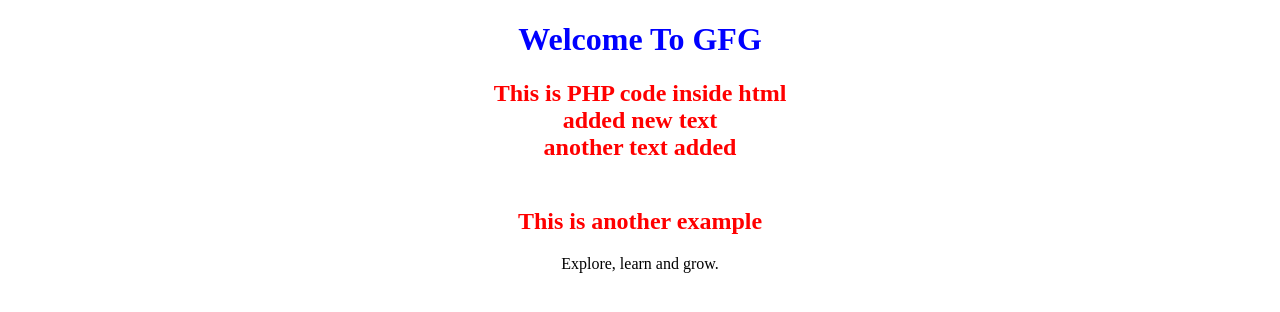
Repository: slevin2002/phpprojectgh
Page: http://localhost/example1.php
These files come from the project's save history. The page is drawn as it stood at one moment and after a run of saves; the edit follows.
The browser window is 1280 px wide. The pictures show the whole page.
The page is run by PHP 8.4 with error messages shown; the project is at /var/www/html/.

Above is the page before, as saved 2022-12-14 11:14:21.

After the next 2 saves:
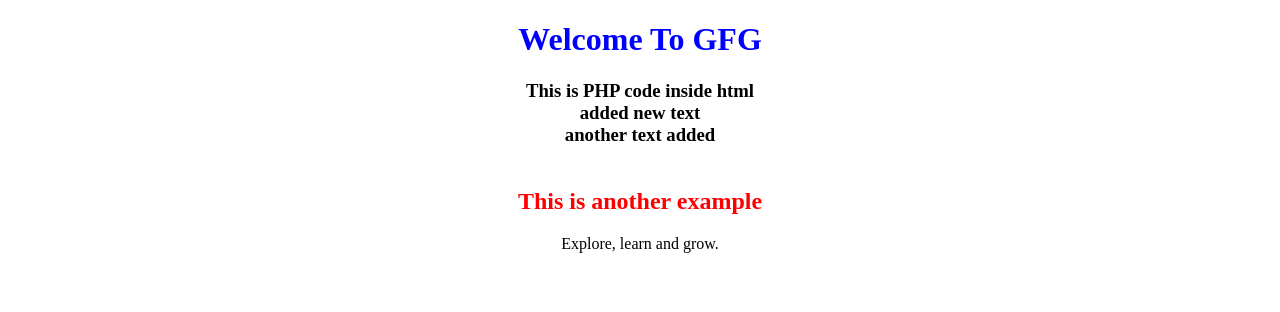
The 2 saves are shown as one change because they came seconds apart.
The last was saved 25 s later.
--- a/example1.php
+++ b/example1.php
@@ -16,7 +16,7 @@
 	<center>
 		<h1>Welcome To GFG</h1>
 
-		<h2>
+		<h3>
 			<?php
 			echo "This is PHP code inside html<br>";
 			echo "added new text<br>";
@@ -27,7 +27,7 @@
         <?php
         echo 'Explore, learn and grow.'
         ?>
-		</h2>
+		</h2
 	</center>
 </body>
 
